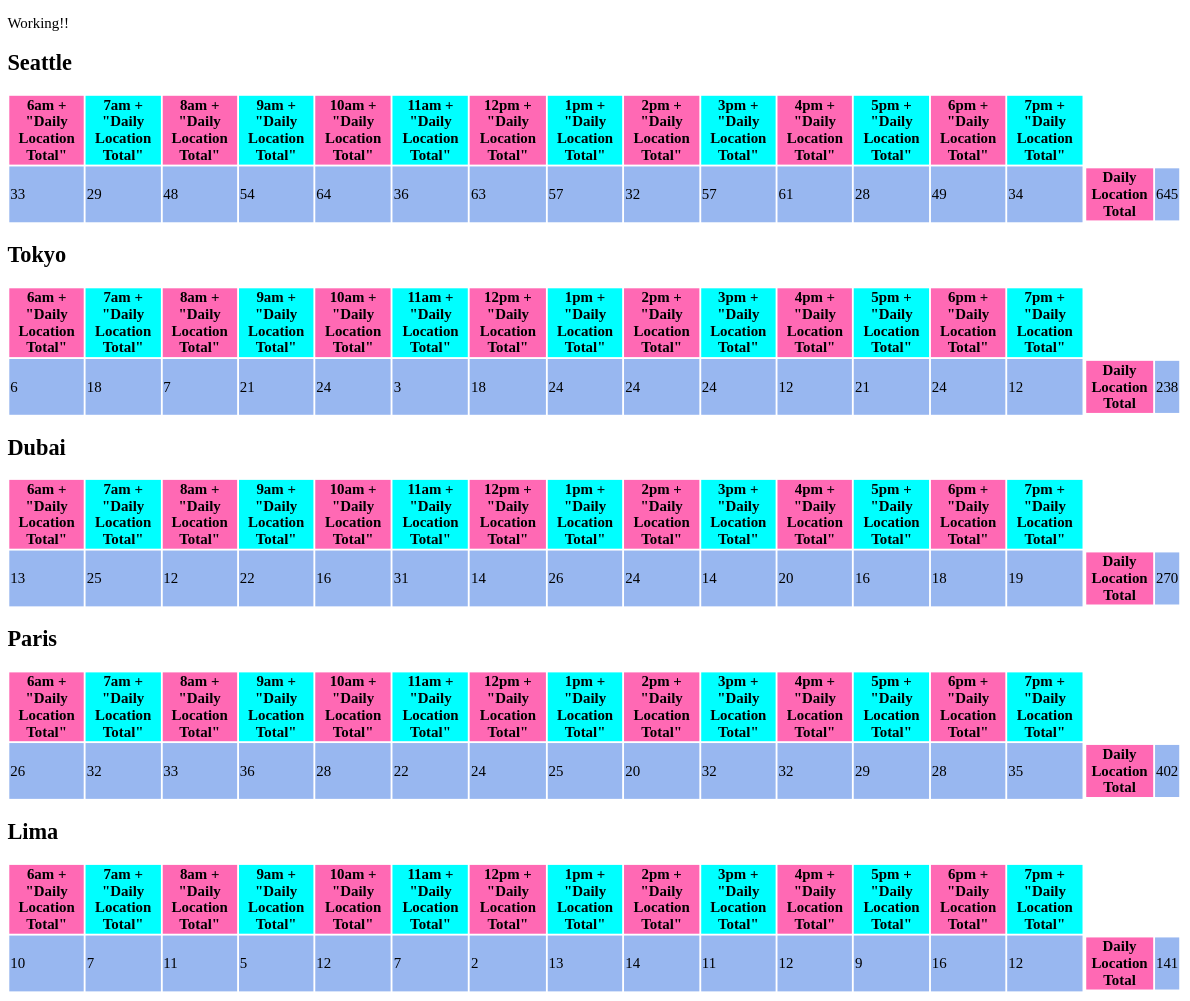
Repository: aaron1986/cookie_stand
Page: sales.html
An editor plug-in stored every save of this project. The page is shown before and after the next save, followed by the edit.
The browser window is 1280 px wide. The pictures show the whole page, at 93% of full size.

Above is the page before, as saved 2023-09-26 15:24:18.

### sales.html
<!DOCTYPE html>
<html lang="en">
<head>
    <meta charset="UTF-8">
    <meta name="viewport" content="width=device-width, initial-scale=1.0">
    <link rel="stylesheet" href="style.css">
    <script src="./app.js" defer></script>
    <title>Document</title>
</head>
<body>

    <p>Working!!</p>

    <div id="shop-location">


    </div>


</body>
</html>

### style.css
th:nth-child(even) {
    background-color: aqua;
}

th:nth-child(odd) {
    background-color: hotpink;
}

td {
    background-color: rgb(152, 183, 240);
}

### app.js
const Hours = ['6am', '7am', '8am', '9am', '10am', '11am', '12pm', '1pm', '2pm', '3pm', '4pm', '5pm', '6pm', '7pm'];

function randonNumber(min, max) {
    return Math.floor(Math.random() * (max - min + 1)) + min;
}

function ShopLocation(location, min, max, avg) {
    this.location = location;
    this.min = min;
    this.max = max;
    this.avg = avg;
    this.customersPerHour = [];
    this.cookiesPerHour = [];
    this.totalSold = 0;


    this.calcTotal = function() {
        for(let i = 0; i < Hours.length; i++) {
            const randNum = randonNumber(this.min, this.max);
                this.customersPerHour.push(randNum);
                this.cookiesPerHour.push(randNum * this.avg);
        }
    };

}

const shopLocationSeattle = new ShopLocation ("Seattle", 23, 65, 6.3);

const shopLocationTokyo = new ShopLocation("Tokyo", 3, 24, 1.2);

const shopLocationDubai = new ShopLocation("Dubai",11,38,3.7);

const shopLocationParis = new ShopLocation("Paris",20,38,2.3);

const shopLocationLima = new ShopLocation("Lima",2,16,4,6);

shopLocationSeattle.calcTotal();
shopLocationTokyo.calcTotal();
shopLocationDubai.calcTotal();
shopLocationParis.calcTotal();
shopLocationLima.calcTotal();


const shopLocationHtml = document.getElementById("shop-location");

function createShopLocation(locationData) {
    const article = document.createElement("article");

    //Headers
    const h2 = document.createElement("h2");
    h2.textContent = locationData.location;
    article.appendChild(h2);


    //Table information
    const table = document.createElement("table");

    const thead = document.createElement("thead");
    const headerRow = document.createElement("tr");

    // Loop through the hours and create table headers
    for (let i = 0; i < locationData.customersPerHour.length; i++) {
        const th = document.createElement("th");
        th.textContent = `${Hours[i]} + "Daily Location Total"`;
        headerRow.appendChild(th);
    }

    thead.appendChild(headerRow);
    table.appendChild(thead);

    const tbody = document.createElement("tbody");
    const dataRow = document.createElement("tr");

    // Loop through the customersPerHour
    for (let i = 0; i < locationData.customersPerHour.length; i++) {
        const td = document.createElement("td");
        td.textContent = `${locationData.customersPerHour[i]}`;
        dataRow.appendChild(td);
    }



    tbody.appendChild(dataRow);
        // Calculate the daily total for each hour
        const totalRow = document.createElement("tr");
        const totalCell = document.createElement("th");
        totalCell.textContent = "Daily Location Total";
        totalRow.appendChild(totalCell);


        let dailyTotal = 0;
        for(let i = 0; i < locationData.customersPerHour.length; i++) {
            dailyTotal += locationData.customersPerHour[i];
        }

        const td = document.createElement("td");
        td.textContent = `${dailyTotal}`;
        totalRow.appendChild(td);
        //console.log(dailytotal);





    dataRow.appendChild(totalRow);
    table.appendChild(tbody);
    article.appendChild(table);
    shopLocationHtml.appendChild(article);
}

createShopLocation(shopLocationSeattle);
createShopLocation(shopLocationTokyo);
createShopLocation(shopLocationDubai);
createShopLocation(shopLocationParis);
createShopLocation(shopLocationLima);

After the next save:
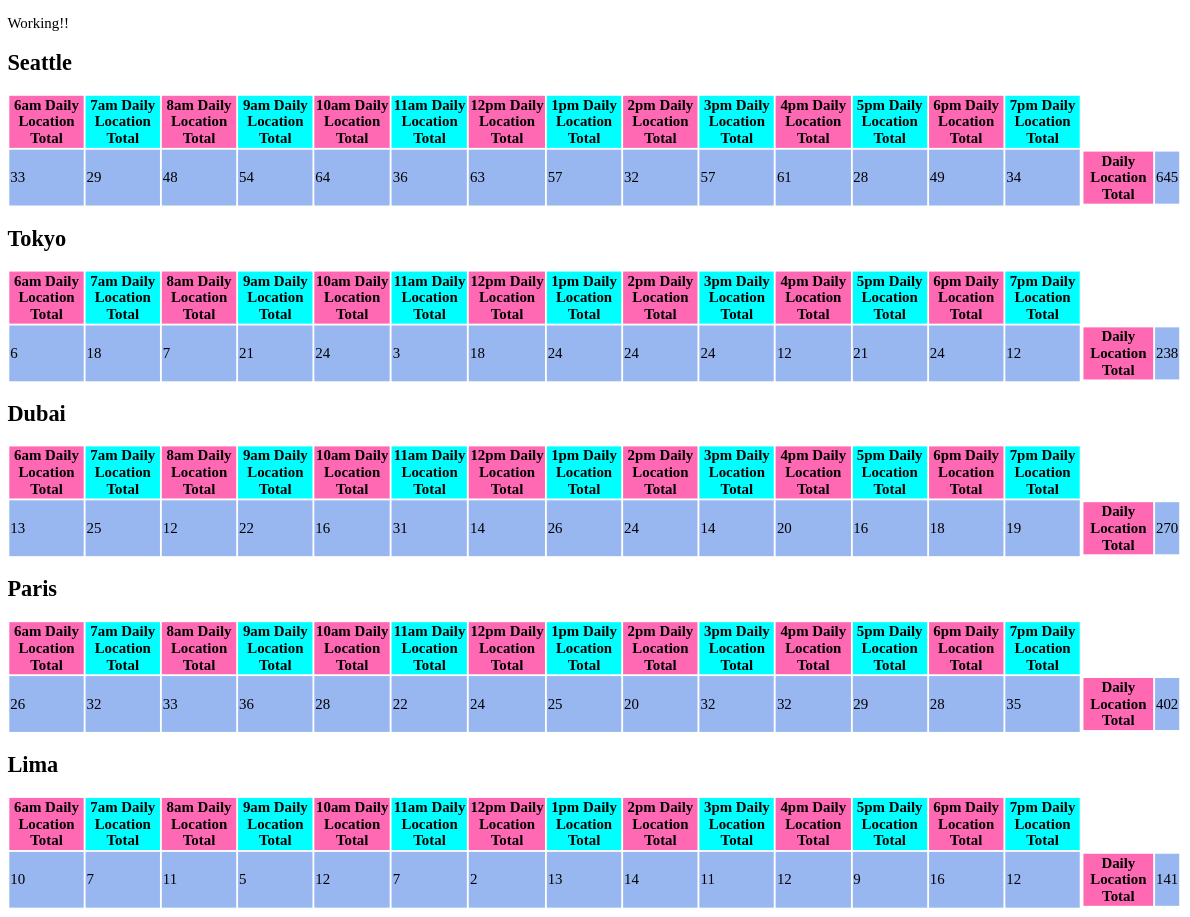
Saved 18 s later.
--- a/app.js
+++ b/app.js
@@ -61,7 +61,7 @@ function createShopLocation(locationData) {
     // Loop through the hours and create table headers
     for (let i = 0; i < locationData.customersPerHour.length; i++) {
         const th = document.createElement("th");
-        th.textContent = `${Hours[i]} + "Daily Location Total"`;
+        th.textContent = `${Hours[i]} Daily Location Total`;
         headerRow.appendChild(th);
     }
 
